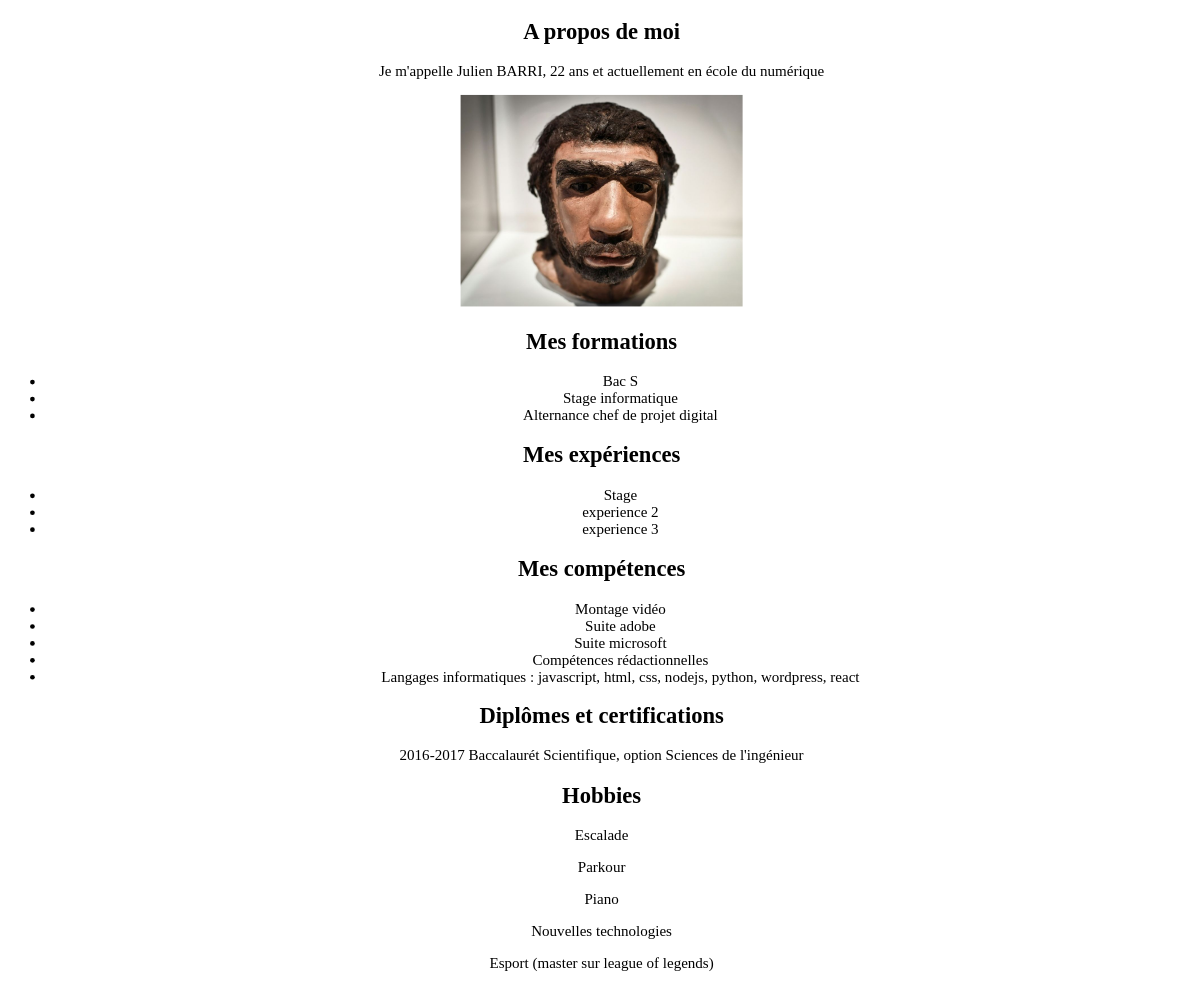
Repository: barridev/cours_devops.github.io
Page: index.html
These files come from the project's save history. The page is drawn as it stood at one moment and after the next save; the edit follows.
The browser window is 1280 px wide. The pictures show the whole page, at 94% of full size.

Above is the page before, as saved 2022-06-13 15:29:14.

After the next save:
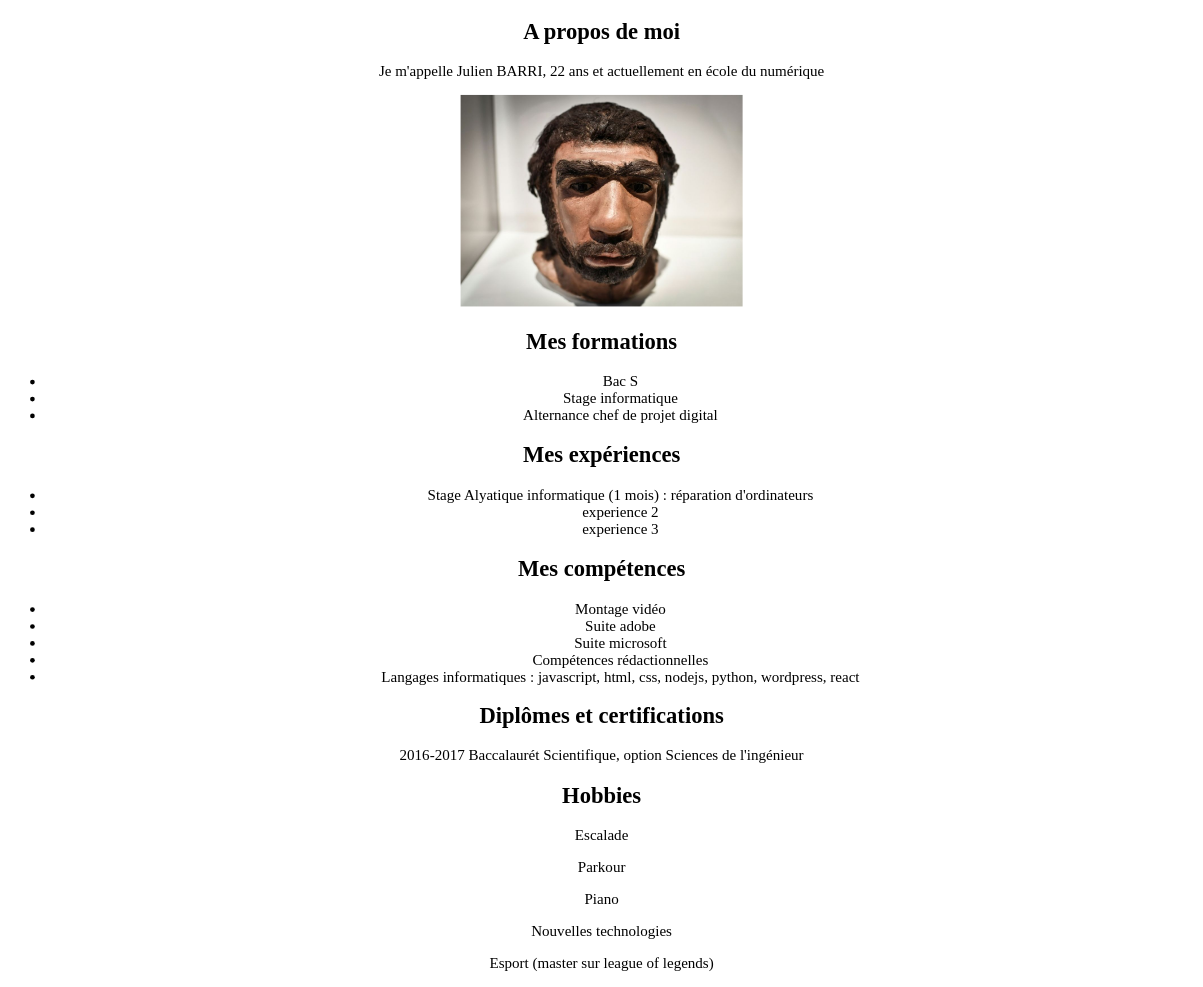
Saved 11 s later.
--- a/index.html
+++ b/index.html
@@ -34,7 +34,7 @@
         <div>
             <h2> Mes expériences </h2>
             <ul>
-                <li> Stage </li>
+                <li> Stage Alyatique informatique (1 mois) : réparation d'ordinateurs</li>
                 <li> experience 2</li>
                 <li> experience 3</li>
             </ul>
